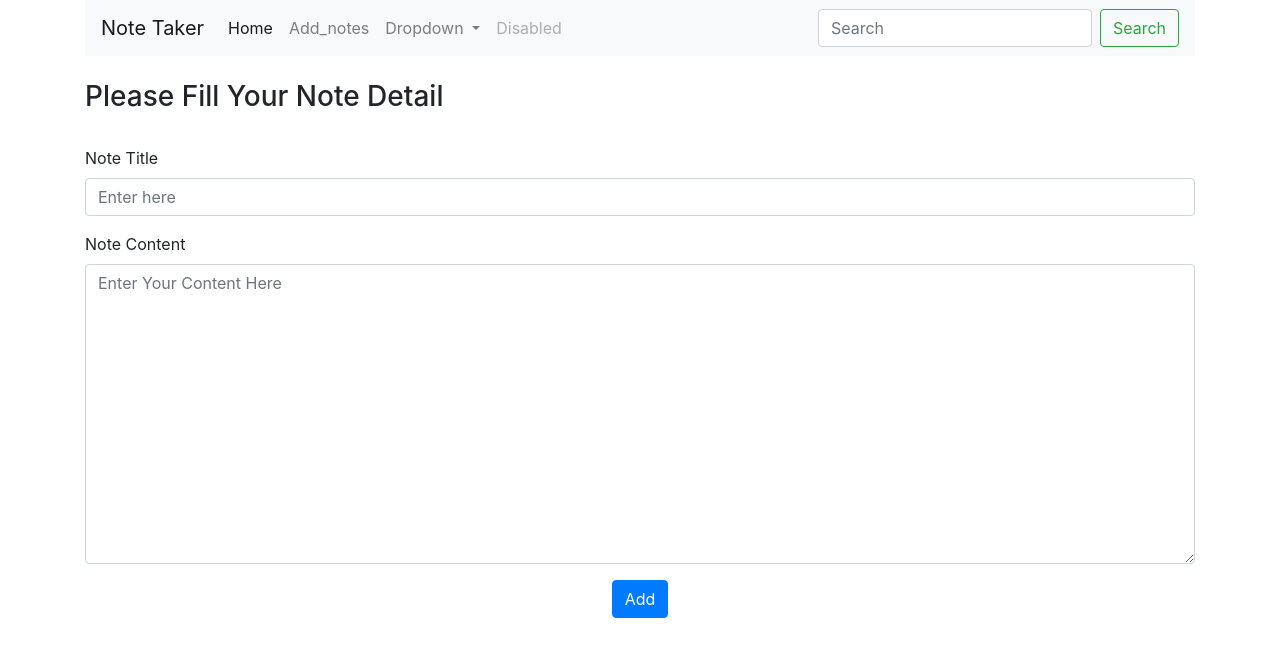
Repository: PratibhaMastud/index.jsp
Page: http://localhost/JavaWebApp/add_notes.jsp
The author's editor kept a copy of each file at every save. The page is drawn from the files as they stood at one save, then again after the next save.
The browser window is 1280 px wide. The pictures show the whole page.
Some web libraries are served in a nearby version. The page is served by Tomcat 9.

Above is the page before, as saved 2020-06-29 06:14:12.

After the next save:
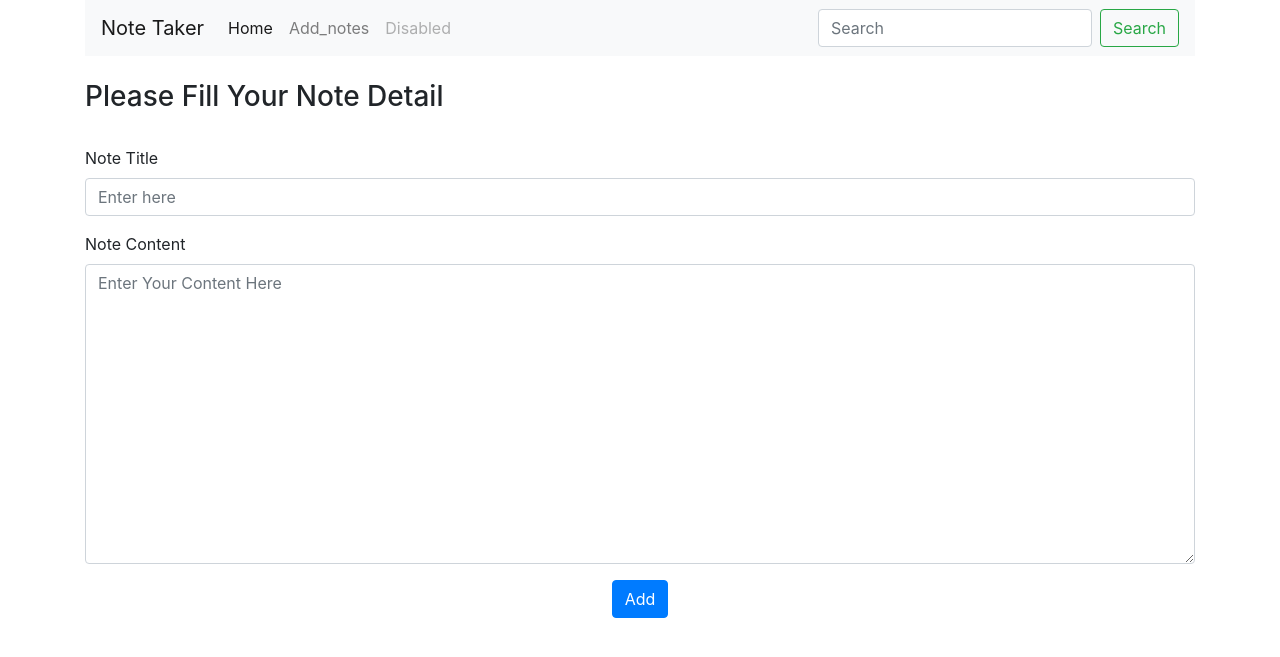
Saved 17 s later.
--- a/JavaWebApp/src/main/webapp/navbar.jsp
+++ b/JavaWebApp/src/main/webapp/navbar.jsp
@@ -12,17 +12,7 @@
       <li class="nav-item">
         <a class="nav-link" href="#">Add_notes</a>
       </li>
-      <li class="nav-item dropdown">
-        <a class="nav-link dropdown-toggle" href="#" id="navbarDropdown" role="button" data-toggle="dropdown" aria-haspopup="true" aria-expanded="false">
-          Dropdown
-        </a>
-        <div class="dropdown-menu" aria-labelledby="navbarDropdown">
-          <a class="dropdown-item" href="#">Action</a>
-          <a class="dropdown-item" href="#">Another action</a>
-          <div class="dropdown-divider"></div>
-          <a class="dropdown-item" href="#">Something else here</a>
-        </div>
-      </li>
+
       <li class="nav-item">
         <a class="nav-link disabled" href="#">Disabled</a>
       </li>
